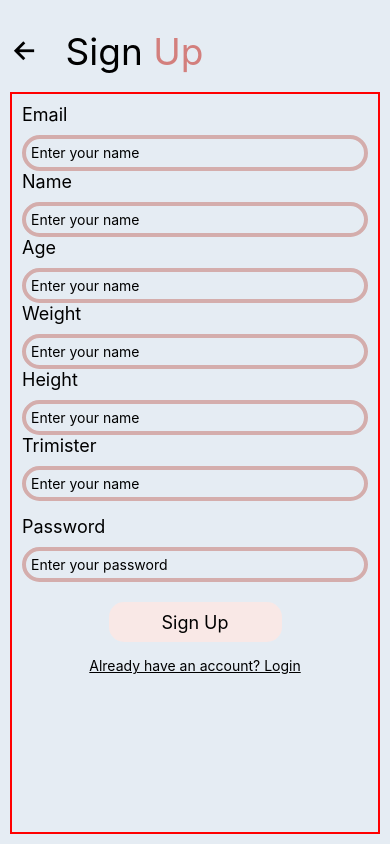
Repository: kgayathridevi/pregband
Screen: /Sign
These files come from the project's save history. The screen is drawn as it stood at one moment and after a run of saves; the edit follows.
The app was drawn by React Native's web renderer in a window 390 px wide. The project was rebuilt for these pictures with package versions that can differ from the ones it lists, and the page was loaded fresh each time. Also part of the build but not shown: component/Home.jsx.

Above is the screen before, as saved 2023-04-30 08:00:30.

After the next 2 saves:
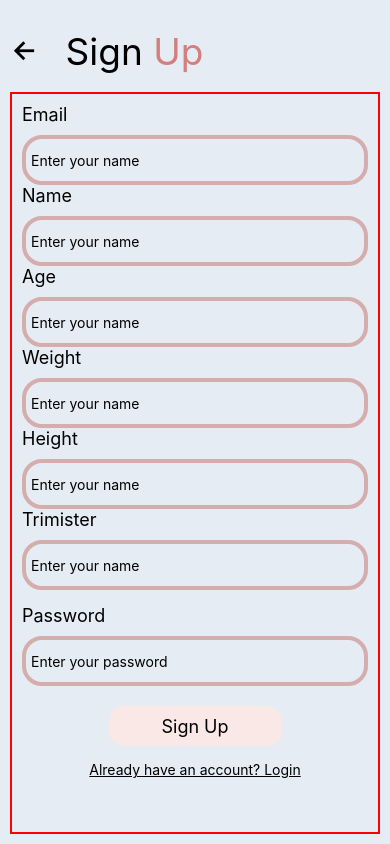
The 2 saves are shown as one change because 1 did not build or start.
The last was saved 16 min 12 s later.
--- a/component/SignUpScreen.jsx
+++ b/component/SignUpScreen.jsx
@@ -3,10 +3,10 @@ import {
   Text,
   View,
   TextInput,
+  ScrollView,
   TouchableOpacity,
 } from "react-native";
 import React from "react";
-import { Button } from "react-native";
 import Ionicons from "@expo/vector-icons/Ionicons";
 import { SafeAreaView } from "react-native-safe-area-context";
 
@@ -23,7 +23,7 @@ const SignUpScreen = ({ navigation }) => {
         </View>
       </View>
       <View style={styles.mainContainer}>
-        <View style={styles.inputContainer}>
+        <ScrollView style={styles.inputContainer}>
           <Text style={{ fontSize: 18 }}>Email</Text>
           <TextInput style={styles.textInp} placeholder="Enter your name" />
 
@@ -58,7 +58,7 @@ const SignUpScreen = ({ navigation }) => {
               </Text>
             </TouchableOpacity>
           </View>
-        </View>
+        </ScrollView>
       </View>
     </SafeAreaView>
   );
@@ -103,7 +103,7 @@ const styles = StyleSheet.create({
   inputContainer: {
     // borderWidth: 2,
     height: "80%",
-    justifyContent: "center",
+
     padding: 10,
   },
   textInp: {
